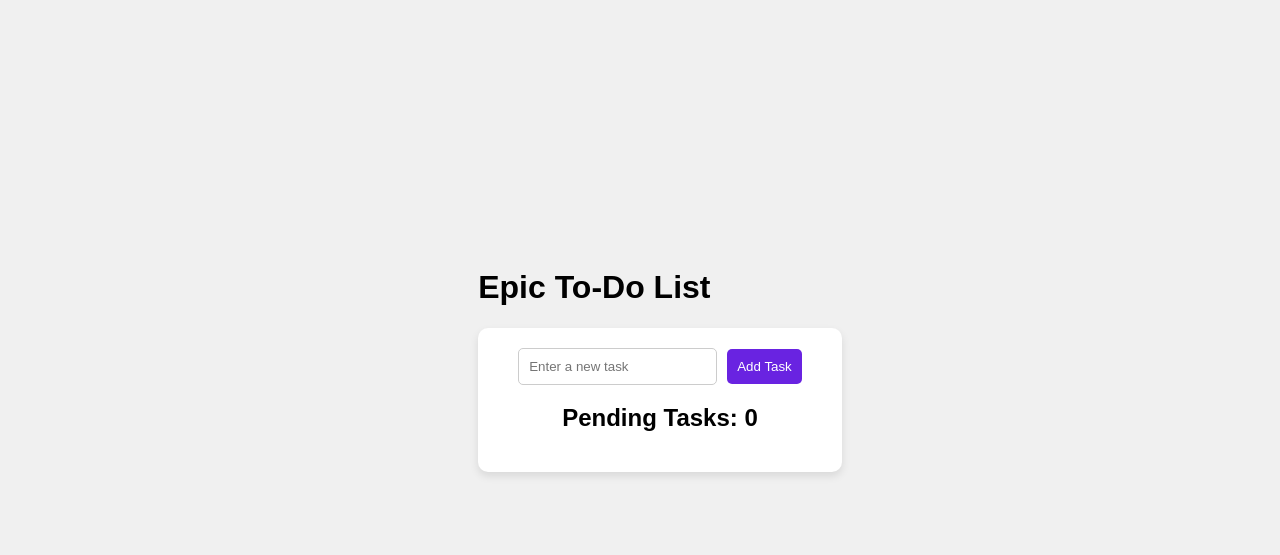
Repository: jgache/COMP-3170-0-Lab4
Page: /
The author's editor kept a copy of each file at every save. The page is drawn from the files as they stood at one save, then again after the next save.
The browser window is 1280 px wide. The pictures show the whole page.
The project was rebuilt for these pictures with package versions that can differ from the ones it lists, and the page was loaded fresh each time. Also part of the build but not shown: vite.config.js, src/components/Task.jsx.

Above is the page before, as saved 2024-10-22 16:00:37.

### index.html
<!doctype html>
<html lang="en">
  <head>
    <meta charset="UTF-8" />
    <link rel="icon" type="image/svg+xml" href="/vite.svg" />
    <meta name="viewport" content="width=device-width, initial-scale=1.0" />
    <title>Epic To-Do List</title>
  </head>
  <body>
    <div id="root"></div>
    <script type="module" src="/src/main.jsx"></script>
  </body>
</html>

### src/App.jsx
import { useState } from 'react';
import TaskForm from './components/TaskForm.jsx';
import TaskList from './components/TaskList.jsx';
import './index.css';

function App() {
    const [tasks, setTasks] = useState([]);

    const addTask = (description) => {
        const newTask = { id: Date.now(), description, completed: false };
        setTasks((prevTasks) => [...prevTasks, newTask]);
    };

    const toggleComplete = (taskId) => {
        setTasks((prevTasks) =>
            prevTasks.map((task) =>
                task.id === taskId ? { ...task, completed: !task.completed } : task
            )
        );
    };

    const deleteTask = (taskId) => {
        setTasks((prevTasks) => prevTasks.filter((task) => task.id !== taskId));
    };

    const pendingTasks = tasks.filter((task) => !task.completed).length;

    return (

        <>
        <h1>Epic To-Do List</h1>
        <div className="app-container">

            <TaskForm addTask={addTask} />
            <h2>
                {pendingTasks === 1
                    ? `Pending Task: ${pendingTasks}`
                    : `Pending Tasks: ${pendingTasks}`}
            </h2>
            <TaskList tasks={tasks} toggleComplete={toggleComplete} deleteTask={deleteTask} />
        </div>
        </>

    );
}

export default App;

### src/index.css



body {
    margin: 0;
    height: 100vh;
    display: flex;
    justify-content: center;
    align-items: center;
    font-family: Arial, sans-serif;
    background-color: #f0f0f0;
}

.app-container {
    text-align: center;
    padding: 20px;
    background-color: white;
    border-radius: 10px;
    box-shadow: 0 4px 8px rgba(0, 0, 0, 0.1);
    max-width: 400px;
    width: 100%;
}

form input {
    padding: 10px;
    margin-right: 10px;
    border: 1px solid #ccc;
    border-radius: 5px;
}

form button {
    padding: 10px;
    border: none;
    background-color: #6923e1;
    color: white;
    border-radius: 5px;
    cursor: pointer;
}

form button:hover {
    background-color: #8600b3;
}

.task {
    margin: 10px 0;
    padding: 10px;
    background-color: #f9f9f9;
    border-radius: 5px;
    display: flex;
    justify-content: space-between;
    align-items: center;
    box-shadow: 0 2px 4px rgba(0, 0, 0, 0.1);
}

.task input {
    margin-right: 10px;
}

.task button {
    text-decoration: none;
    padding: 5px 10px;
    border: none;
    background-color: red;
    color: white;
    border-radius: 5px;
    cursor: pointer;
}

.task button:hover {
    background-color: darkred;
}

### src/components/TaskForm.jsx
import { useState } from 'react';


function TaskForm({ addTask }) {
    const [taskDescription, setTaskDescription] = useState('');

    const handleSubmit = (e) => {
        e.preventDefault();
        if (taskDescription.trim() === '') return;
        addTask(taskDescription);
        setTaskDescription('');
    };

    return (
        <form onSubmit={handleSubmit}>
            <input
                type="text"
                value={taskDescription}
                onChange={(e) => setTaskDescription(e.target.value)}
                placeholder="Enter a new task"
            />
            <button type="submit">Add Task</button>
        </form>
    );
}

export default TaskForm;

### src/components/TaskList.jsx
import Task from "./Task";

function TaskList({ tasks, toggleComplete, deleteTask }) {
    return (
        <div className="task-list">
            {tasks.map((task) => (
                <Task
                    key={task.id}
                    task={task}
                    toggleComplete={toggleComplete}
                    deleteTask={deleteTask}
                />
            ))}
        </div>
    );
}

export default TaskList;

Loaded but not shown: src/main.jsx (common file)

After the next save:
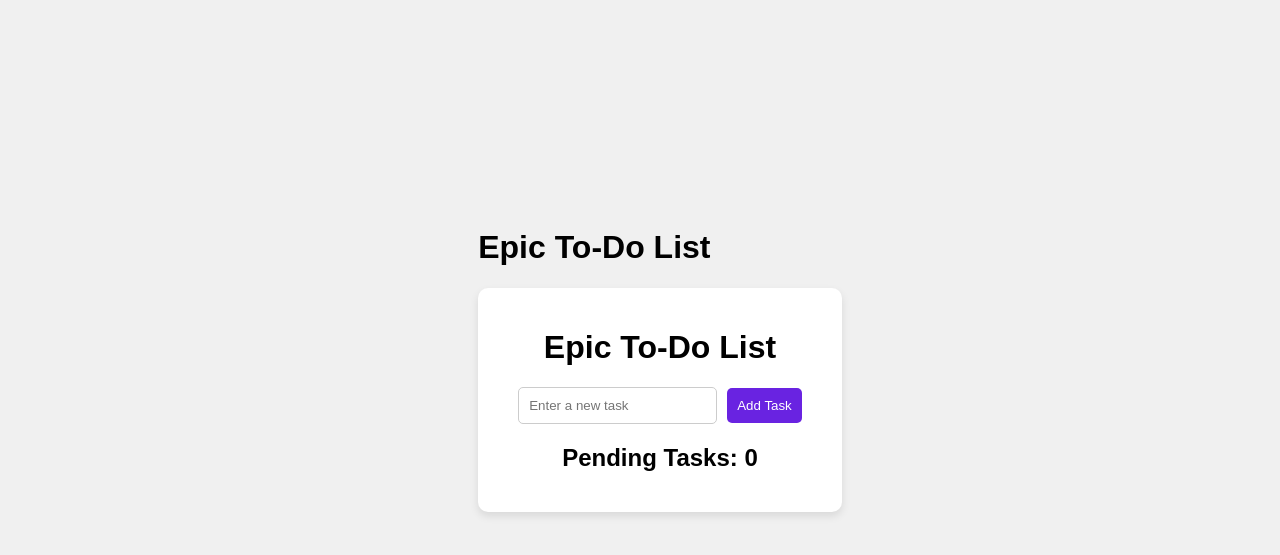
Saved 25 s later.
--- a/src/App.jsx
+++ b/src/App.jsx
@@ -30,6 +30,7 @@ function App() {
         <>
         <h1>Epic To-Do List</h1>
         <div className="app-container">
+        <h1>Epic To-Do List</h1>
 
             <TaskForm addTask={addTask} />
             <h2>
